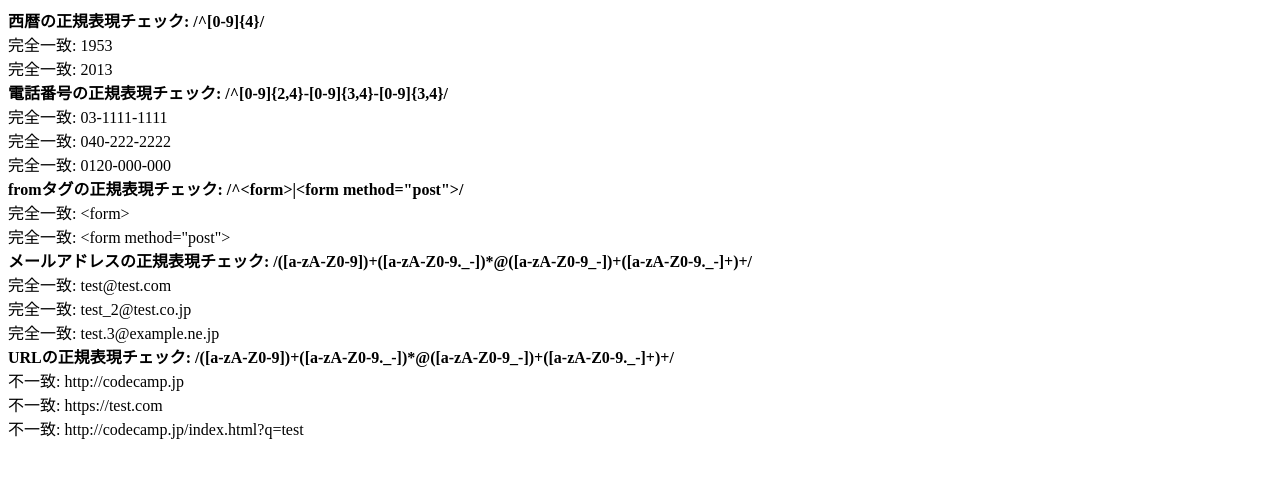
Repository: kawahito05-work/dc_work_nakano_kawahito_php
Page: http://localhost/htdocs/php17/challenge_preg_match.php
The author's editor kept a record of every edit. The page is drawn from the files as they stood at one moment, then again after the next edit.
The browser window is 1280 px wide. The pictures show the whole page.
The page is run by PHP 8.4 with error messages shown; the project is at /var/www/html/.

Above is the page before.

### htdocs/php17/challenge_preg_match.php
<?php
// 西暦
$regexp_year   = '/^[0-9]{4}/'; // 西暦の正規表現を入力
$check_year[0] = '1953';
$check_year[1] = '2013';
// 電話番号
$regexp_phone_number   = '/^[0-9]{2,4}-[0-9]{3,4}-[0-9]{3,4}/'; // 電話番号の正規表現を入力
$check_phone_number[0] = '03-1111-1111';
$check_phone_number[1] = '040-222-2222';
$check_phone_number[2] = '0120-000-000';
// formタグ
$regexp_form   = '/^<form>|<form method="post">/'; // formの正規表現を入力
$check_form[0] = '<form>';
$check_form[1] = '<form method="post">';
// メールアドレス
$regexp_mail   = '/([a-zA-Z0-9])+([a-zA-Z0-9._-])*@([a-zA-Z0-9_-])+([a-zA-Z0-9._-]+)+/'; // メールアドレスの正規表現を入力
$check_mail[0] = 'test@test.com';
$check_mail[1] = 'test_2@test.co.jp';
$check_mail[2] = 'test.3@example.ne.jp';
// URL
$regexp_url   = '/([a-zA-Z0-9])+([a-zA-Z0-9._-])*@([a-zA-Z0-9_-])+([a-zA-Z0-9._-]+)+/'; // URLの正規表現を入力
$check_url[0] = 'http://codecamp.jp';
$check_url[1] = 'https://test.com';
$check_url[2] = 'http://codecamp.jp/index.html?q=test';
////////////////////////////////////////////////////////
// これ以降の処理はソースコード変更を行わないようにしてください。
////////////////////////////////////////////////////////
$reslut_check_phone_number = check_regexp($regexp_phone_number, $check_phone_number);
$reslut_check_form      = check_regexp($regexp_form, $check_form);
$reslut_check_mail      = check_regexp($regexp_mail, $check_mail);
$reslut_check_year      = check_regexp($regexp_year, $check_year);
$reslut_check_url       = check_regexp($regexp_url, $check_url);
function check_regexp($regexp, $str_data) {
   $msg = [];
   foreach ($str_data as $value) {
       if (preg_match($regexp, $value, $macthes) === 1) {
           if ($value === $macthes[0]) {
               $msg[] =  '完全一致: ' . $value;
           } else {
               $msg[] =  '部分一致: ' . $value . ' 【一致した文字列: ' . $macthes[0] . '】';
           }
       } else {
           $msg[] = '不一致: ' . $value;
       }
   }
   return $msg;
}
?>
<!DOCTYPE html>
<html lang="ja">
<head>
   <meta charset="UTF-8">
   <title>正規表現課題</title>
   <style type="text/css">
       h1 {
           font-size: 16px;
       }
       h1, p {
           margin: 0px;
       }
   </style>
</head>
<body>
   <section>
       <h1>西暦の正規表現チェック: <?php print htmlspecialchars($regexp_year, ENT_QUOTES, 'UTF-8'); ?></h1>
<?php foreach ($reslut_check_year as $value) { ?>
       <p><?php print htmlspecialchars($value, ENT_QUOTES, 'UTF-8'); ?></p>
<?php } ?>
   </section>
   <section>
       <h1>電話番号の正規表現チェック: <?php print htmlspecialchars($regexp_phone_number, ENT_QUOTES, 'UTF-8'); ?></h1>
<?php foreach ($reslut_check_phone_number as $value) { ?>
       <p><?php print htmlspecialchars($value, ENT_QUOTES, 'UTF-8'); ?></p>
<?php } ?>
   </section>
   <section>
       <h1>fromタグの正規表現チェック: <?php print htmlspecialchars($regexp_form, ENT_QUOTES, 'UTF-8'); ?></h1>
<?php foreach ($reslut_check_form as $value) { ?>
       <p><?php print htmlspecialchars($value, ENT_QUOTES, 'UTF-8'); ?></p>
<?php } ?>
   </section>
   <section>
       <h1>メールアドレスの正規表現チェック: <?php print htmlspecialchars($regexp_mail, ENT_QUOTES, 'UTF-8'); ?></h1>
<?php foreach ($reslut_check_mail as $value) { ?>
       <p><?php print htmlspecialchars($value, ENT_QUOTES, 'UTF-8'); ?></p>
<?php } ?>
   </section>
   <section>
       <h1>URLの正規表現チェック: <?php print htmlspecialchars($regexp_url, ENT_QUOTES, 'UTF-8'); ?></h1>
<?php foreach ($reslut_check_url as $value) { ?>
       <p><?php print htmlspecialchars($value, ENT_QUOTES, 'UTF-8'); ?></p>
<?php } ?>
   </section>
</body>
</html>

After the next edit:
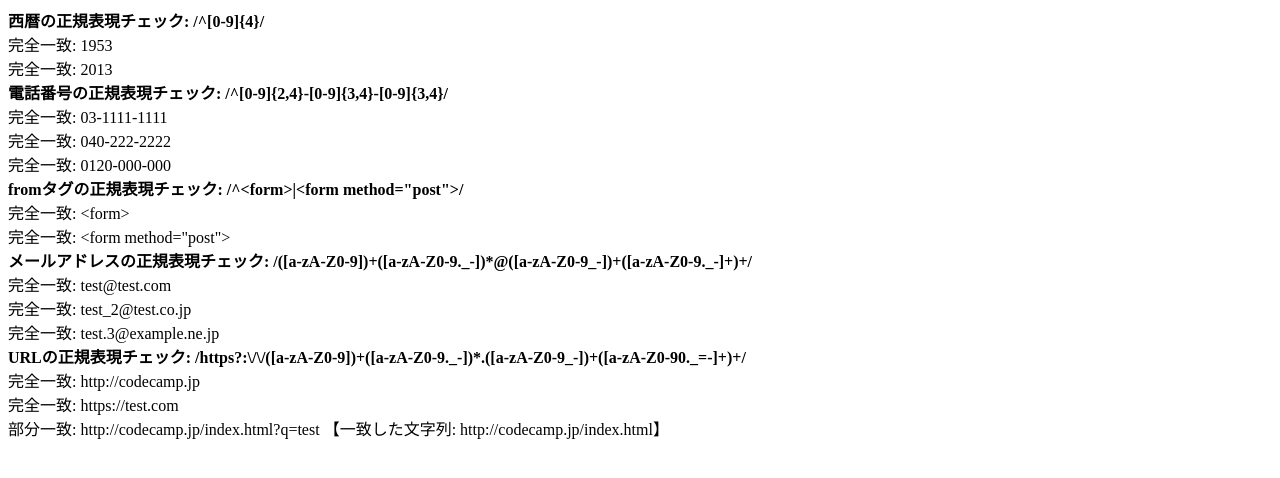
The edit:
--- a/htdocs/php17/challenge_preg_match.php
+++ b/htdocs/php17/challenge_preg_match.php
@@ -18,7 +18,8 @@
 $check_mail[1] = 'test_2@test.co.jp';
 $check_mail[2] = 'test.3@example.ne.jp';
 // URL
-$regexp_url   = '/([a-zA-Z0-9])+([a-zA-Z0-9._-])*@([a-zA-Z0-9_-])+([a-zA-Z0-9._-]+)+/'; // URLの正規表現を入力
+$regexp_url   = '/https?:\/\/([a-zA-Z0-9])+([a-zA-Z0-9._-])*.([a-zA-Z0-9_-])+([a-zA-Z0-90._=-]+)+/'; // URLの正規表現を入力
+//$regexp_url   = '#http://([a-zA-Z0-9])+([a-zA-Z0-9._-])*.([a-zA-Z0-9_-])+([a-zA-Z0-9._-]+)+|https://([a-zA-Z0-9])+([a-zA-Z0-9._-])*.([a-zA-Z0-9_-])+([a-zA-Z0-9._-]+)+#'; // URLの正規表現を入力
 $check_url[0] = 'http://codecamp.jp';
 $check_url[1] = 'https://test.com';
 $check_url[2] = 'http://codecamp.jp/index.html?q=test';
